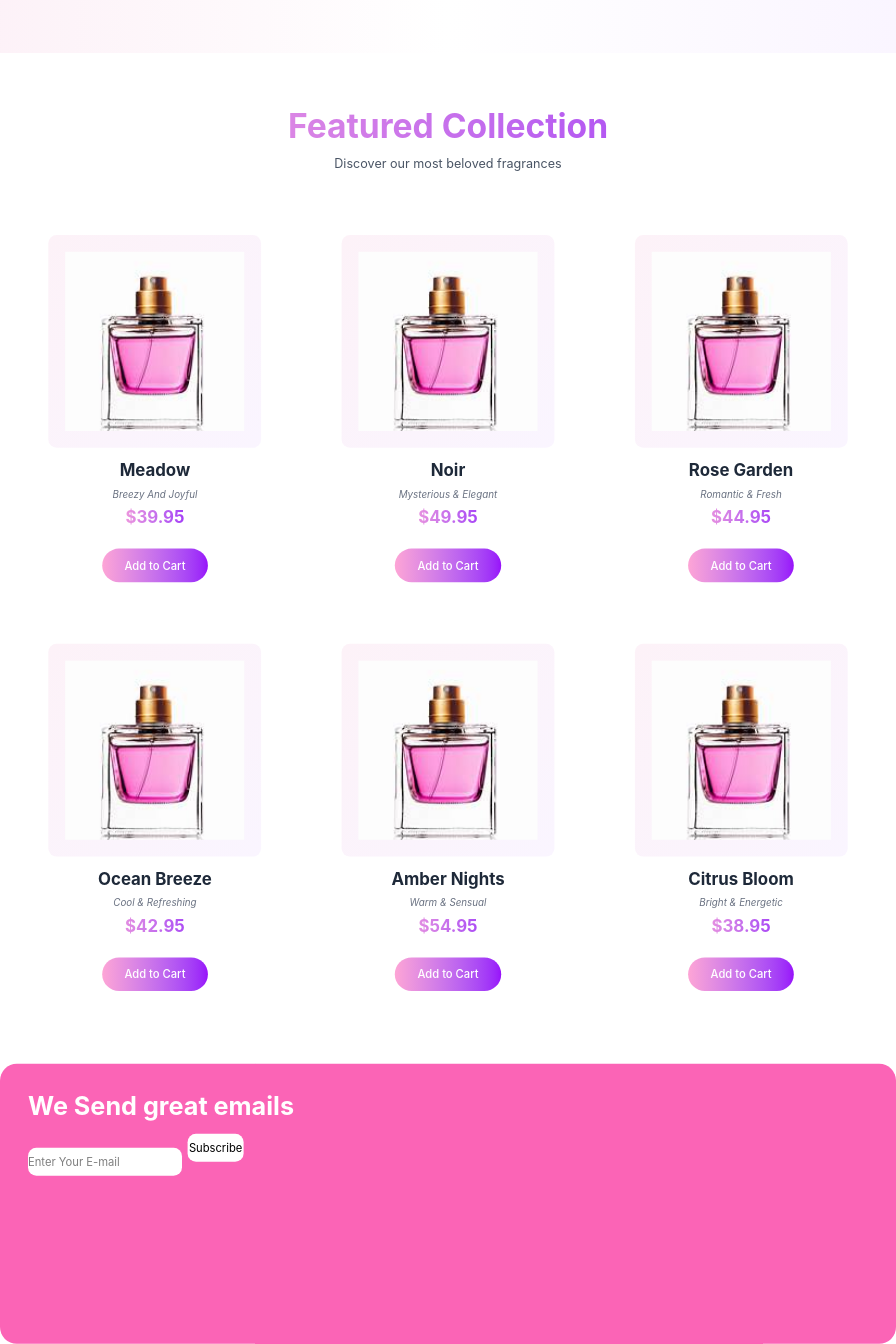
Repository: kiran2k5-ai/E-Commerce-Perfume
Page: /
The author's editor kept a copy of each file at every save. The page is drawn from the files as they stood at one save, then again after the next save.
The browser window is 1280 px wide. The pictures show the part of the page from y = 904 to 2824 px (the page is 2824 px tall), at 70% of full size.
The project was rebuilt for these pictures with package versions that can differ from the ones it lists, and the page was loaded fresh each time. Also part of the build but not shown: vite.config.js.

Above is the page before, as saved 2026-02-04 12:43:03.

After the next save:
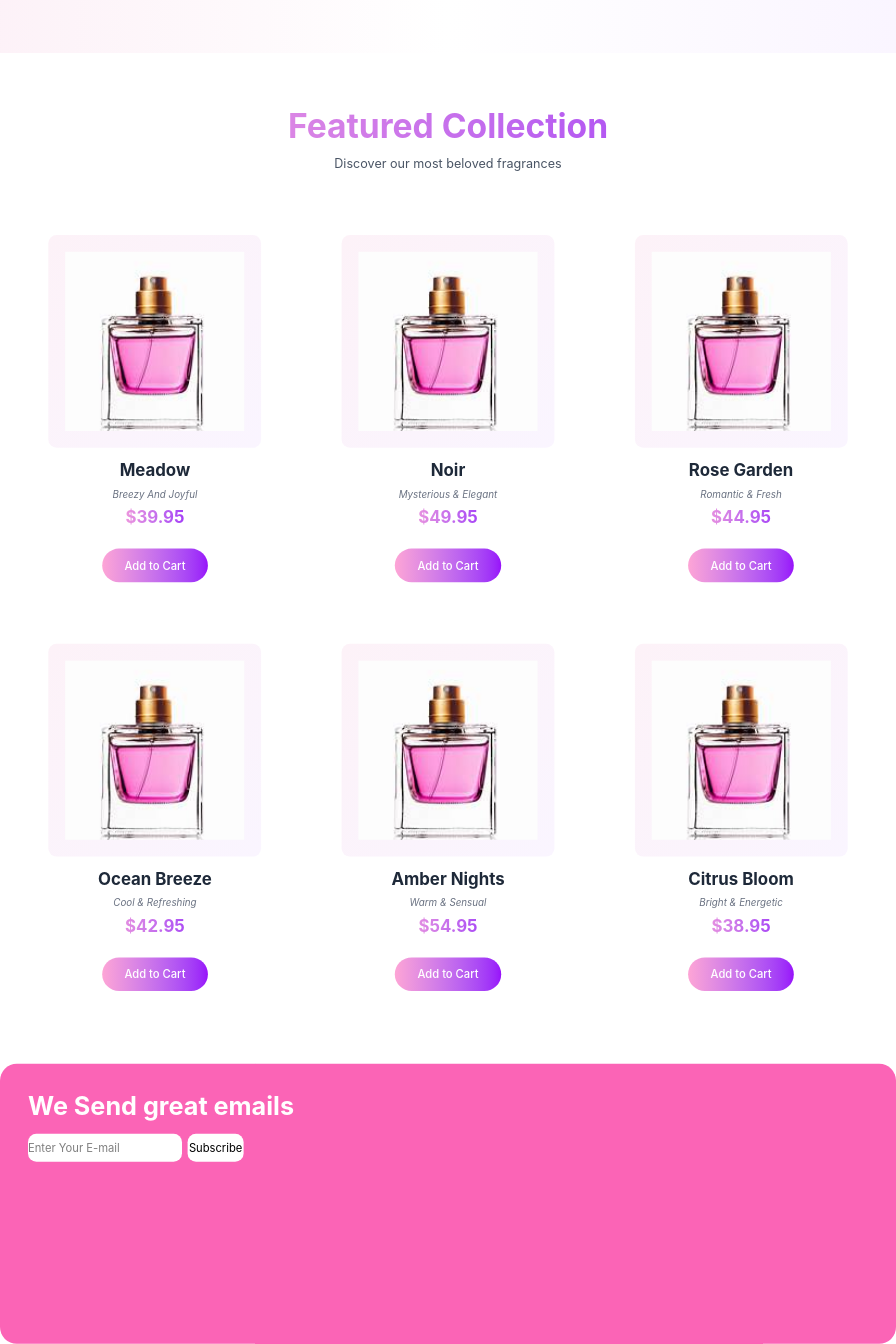
Saved 8 s later.
--- a/src/components/Footer.jsx
+++ b/src/components/Footer.jsx
@@ -7,7 +7,7 @@ const Footer = () => {
         <div className='mt-10 ml-10 '>
             <h2 className='font-bold text-4xl  text-white'>We Send great emails</h2>
             <div className='flex flex-row gap-2 mt-5'>
-            <input type="text" className='bg-white rounded-xl w-55 h-10 text-black mt-5' placeholder='Enter Your E-mail'/>
+            <input type="text" className='bg-white rounded-xl w-55 h-10 ' placeholder='Enter Your E-mail'/>
             <button className=' bg-white w-20 h-10 rounded-xl text-black'>Subscribe</button>
             </div>
         </div>
